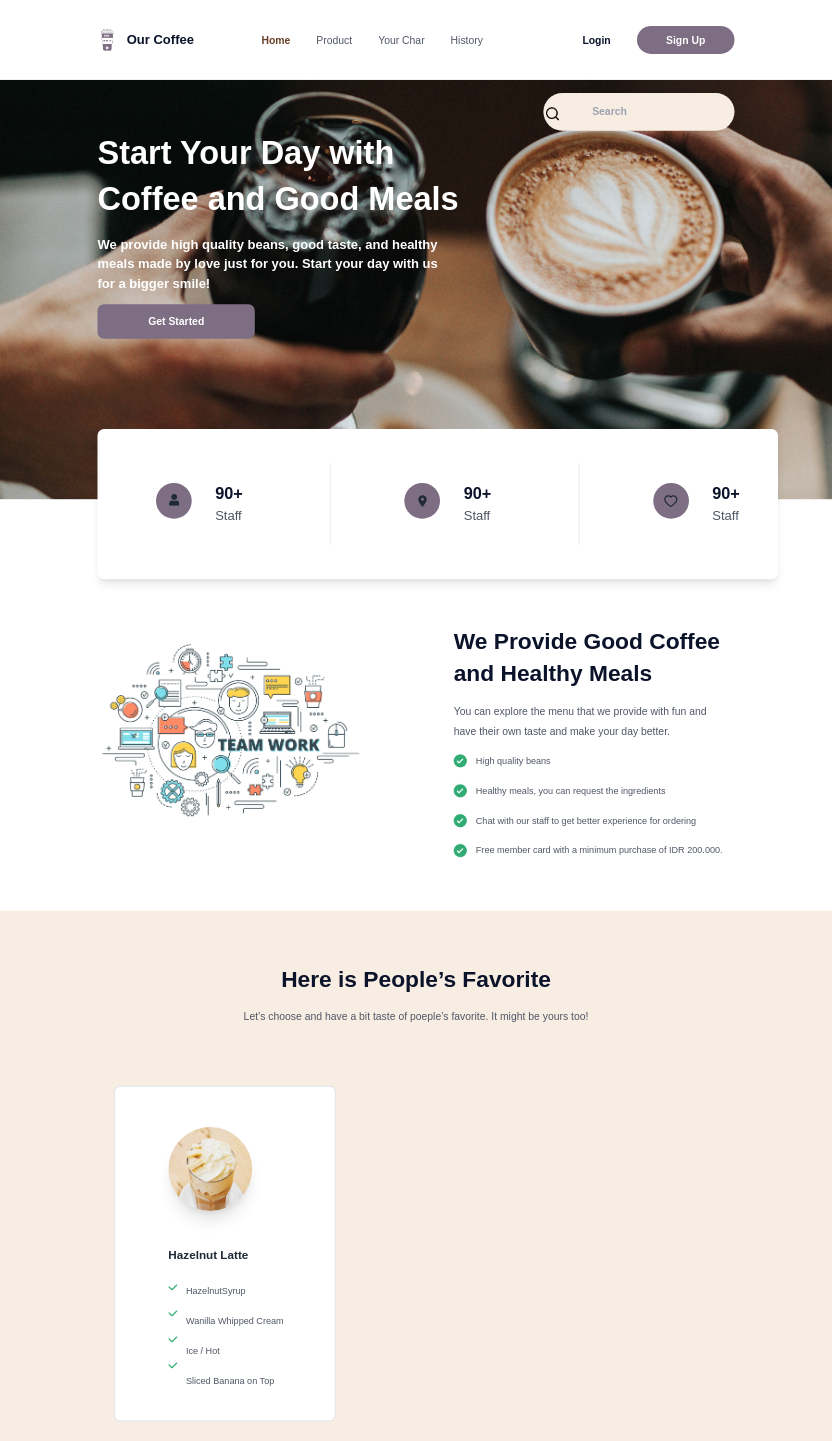
Repository: boykebn/fw12-collab2-FRONTEND
Page: / (app in our/)
These files come from the project's save history. The page is drawn as it stood at one moment and after a run of saves; the edit follows.
The browser window is 1280 px wide. The pictures show the whole page, at 65% of full size.
The project was rebuilt for these pictures with package versions that can differ from the ones it lists, and the page was loaded fresh each time. The framework's server and built-in components were replaced by stand-ins that run in the browser. Also part of the build but not shown: our/next.config.js.

Above is the page before, as saved 2022-12-30 23:11:19.

### our/pages/_app.js
import '../styles/globals.css'
import { Provider } from 'react-redux'
import {store} from '../redux/store'

export default function App({ Component, pageProps }) {
  return (
  <Provider store={store}>
    <Component {...pageProps} />
  </Provider>
  )
}

### our/pages/index.js
import React from "react";
import Image from "next/image";
import logo from "../assets/logoOurCoffee.png";
import Link from "next/link";
import search from "../assets/search.png";
import profileIcon from "../assets/profile-icon.png";
import { FaUser } from "react-icons/fa";
import { MdLocationOn } from "react-icons/md";
import { AiOutlineHeart } from "react-icons/ai";
import layer2 from "../assets/img-layer2.png";
import ceklis from "../assets/ceklis.png";
import food1 from "../assets/food1.png";
import food2 from "../assets/food2.png";
import food3 from "../assets/food3.png";
import ceklis2 from "../assets/ceklis2.png";

export default function Home() {
  return (
    <div className="font-rubik">
      <div className="px-[150px] py-[45px] flex items-center">
        <div className="flex flex-1 items-center">
          <Image src={logo} alt="logo" className="w-[30px] h-[33px] mr-[15px]" />
          <span className="text-[#0B132A] text-[20px] font-bold leading-[23px]">Our Coffee</span>
        </div>
        <div className=" text-[#4F5665] text-[16px] mr-[153px]">
          <span className="font-bold text-[#6A4029] mr-[40px]">Home</span>
          <span className="mr-[40px]">Product</span>
          <span className="mr-[40px]">Your Char</span>
          <span>History</span>
        </div>
        <div className="text-[16px] font-[600] leading-[19px]">
          <Link href="#" className="mr-[40px] text-[#0B132A]">
            Login
          </Link>
          <Link href="#" className="text-white border-1 bg-[#7d6e83] py-[13px] px-[45px] rounded-[50px]">
            Sign Up
          </Link>
        </div>
      </div>
      <div className="bg-[url('../assets/background-home.png')] h-[645px] ">
        <div className="px-[150px] flex">
          <div className="pt-[78px] mr-auto">
            <p className="text-white text-[50px] font-bold leading-[70px] w-[570px] mb-[20px]">Start Your Day with Coffee and Good Meals</p>
            <p className="text-white text-[20px] font-bold leading-[30px] w-[555px] mb-[32px]">We provide high quality beans, good taste, and healthy meals made by love just for you. Start your day with us for a bigger smile!</p>
            <Link href="#" className="text-white text-[16px] font-bold border-1 px-[78px] py-[18px] bg-[#7d6e83] rounded-[10px]">
              Get Started
            </Link>
          </div>
          <div className="pt-[20px]">
            <Image src={search} alt="search" className="absolute top-[165px] right-[420px]" />
            <input placeholder="Search" className="focus:outline-none bg-[#f8ede3] py-[17px] pl-[75px] font-[900] rounded-[30px]" />
          </div>
        </div>
      </div>
      <div className="pl-[90px] pr-[59px] py-[53px] border-1 bg-white absolute left-[150px] top-[660px] rounded-[10px] flex items-center shadow-lg mb-[103px]">
        <div className="flex">
          <div className="mr-[36px]">
            <FaUser className="w-[16px] h-[18px] absolute left-[110px] top-[100px]" />
            <div className="border-1 bg-[#7d6e83] w-[55px] h-[55px] rounded-[50%] \"></div>
          </div>
          <div className="mr-[134px]">
            <p className="text-[#0B132A] text-[25px] font-bold leading-[30px] mb-[5px]">90+</p>
            <p className="text-[#4F5665] text-[20px] leading-[30px]">Staff</p>
          </div>
        </div>
        <hr className="bg-[#EEEFF2] w-[2px] h-[125px] mr-[113px]" />
        <div className="flex">
          <div className="mr-[36px]">
            <MdLocationOn className="w-[22px] h-[26px] absolute left-[489px] top-[98px]" />
            <div className="border-1 bg-[#7d6e83] w-[55px] h-[55px] rounded-[50%] \"></div>
          </div>
          <div className="mr-[134px]">
            <p className="text-[#0B132A] text-[25px] font-bold leading-[30px] mb-[5px]">90+</p>
            <p className="text-[#4F5665] text-[20px] leading-[30px]">Staff</p>
          </div>
        </div>
        <hr className="bg-[#EEEFF2] w-[2px] h-[125px] mr-[113px]" />
        <div className="flex">
          <div className="mr-[36px]">
            <AiOutlineHeart className="w-[24px] h-[28px] absolute left-[870px] top-[97px]" />
            <div className="border-1 bg-[#7d6e83] w-[55px] h-[55px] rounded-[50%] \"></div>
          </div>
          <div className="">
            <p className="text-[#0B132A] text-[25px] font-bold leading-[30px] mb-[5px]">90+</p>
            <p className="text-[#4F5665] text-[20px] leading-[30px]">Staff</p>
          </div>
        </div>
      </div>
      <div className="pt-[193px] px-[150px] flex mb-[82px]">
        <div className="mr-[139px]">
          <Image src={layer2} alt="img-layer-2" />
        </div>
        <div>
          <div className="mb-[20px]">
            <p className="text-[#0B132A] text-[35px] font-bold leading-[50px] w-[432px] mb-[19px]">We Provide Good Coffee and Healthy Meals</p>
            <p className="text-[#4F5665] text-[16px] leading-[30px] w-[427px]">You can explore the menu that we provide with fun and have their own taste and make your day better.</p>
          </div>
          <div className="flex">
            <div className="mr-[13px]">
              <Image src={ceklis} alt="ceklis" className="mb-[25px]" />
              <Image src={ceklis} alt="ceklis" className="mb-[25px]" />
              <Image src={ceklis} alt="ceklis" className="mb-[25px]" />
              <Image src={ceklis} alt="ceklis" />
            </div>
            <div className="text-[#4F5665] text-[14px]">
              <p className="mb-[25px]">High quality beans</p>
              <p className="mb-[25px]">Healthy meals, you can request the ingredients</p>
              <p className="mb-[25px]">Chat with our staff to get better experience for ordering</p>
              <p>Free member card with a minimum purchase of IDR 200.000.</p>
            </div>
          </div>
        </div>
      </div>
      <div className="bg-[#f8ede3]">
        <div className="pt-[80px] text-center mb-[90px]">
          <p className="text-[#0B132A] text-[35px] leading-[50px] font-bold mb-[19px]">Here is People’s Favorite</p>
          <p className="text-[#4F5665] text-[16px] leading-[30px] ">Let’s choose and have a bit taste of poeple’s favorite. It might be yours too!</p>
        </div>
        <div className="px-[175px] flex">
          <div className="border-2 bg-white rounded-[10px] pt-[62px] pl-[82px] pr-[79px] pb-[50px] mb-[30px]">
            <div className="mb-[30px]">
              <Image src={food1} alt="food1" className="rounded-[50%] shadow-xl mb-[53px]" />
              <p className="text-[18px] leading-[30px] font-bold">Hazelnut Latte</p>
            </div>
            <div className="flex">
              <div className="mr-[13px]">
                <Image src={ceklis2} alt="ceklis2" className="mb-[30px]" />
                <Image src={ceklis2} alt="ceklis2" className="mb-[30px]" />
                <Image src={ceklis2} alt="ceklis2" className="mb-[30px]" />
                <Image src={ceklis2} alt="ceklis2" />
              </div>
              <div className="text-[#4F5665] text-[14px]">
                <p className="mb-[25px]">HazelnutSyrup</p>
                <p className="mb-[25px]">Wanilla Whipped Cream</p>
                <p className="mb-[25px]">Ice / Hot</p>
                <p>Sliced Banana on Top</p>
              </div>
            </div>
          </div>
        </div>
      </div>
    </div>
  );
}

### our/styles/globals.css
@tailwind base;
@tailwind components;
@tailwind utilities;

@import url("https://fonts.googleapis.com/css2?family=Rubik&display=swap");

### our/redux/store.js
import { configureStore } from '@reduxjs/toolkit';
import thunk from 'redux-thunk'
import reducer from './reducers';
import {persistStore} from 'redux-persist'

const store = configureStore({
    reducer,
    middleware: [thunk]
})

const persistor = persistStore(store)

export {store, persistor}

### our/redux/reducers/index.js
import {combineReducers} from '@reduxjs/toolkit';
import {persistReducer} from 'redux-persist'
import storage from 'redux-persist/lib/storage'
import auth from './auth'

const authConfig = {
    key: 'auth',
    storage
}

const reducer = combineReducers({
    auth: persistReducer(authConfig, auth),
})

export default reducer

### our/redux/reducers/auth.js
import {createSlice} from '@reduxjs/toolkit'

const initialState = {
    token: null
}

const authReducer = createSlice({
    name: 'auth',
    initialState,
    reducers: {
        logout: (state, action) => {
            return initialState
        }
    },
    extraReducers: (build) => {
    }
})

export const { logout } = authReducer.actions

export default authReducer.reducer

### our/tailwind.config.js
/** @type {import('tailwindcss').Config} */
module.exports = {
  content: ["./pages/**/*.{js,ts,jsx,tsx}", "./components/**/*.{js,ts,jsx,tsx}"],
  theme: {
    extend: {
      fontFamily: {
        rubik: ["Rubik", "sans-serif"],
      },
    },
  },
  plugins: [require("daisyui")],
};

After the next 2 saves:
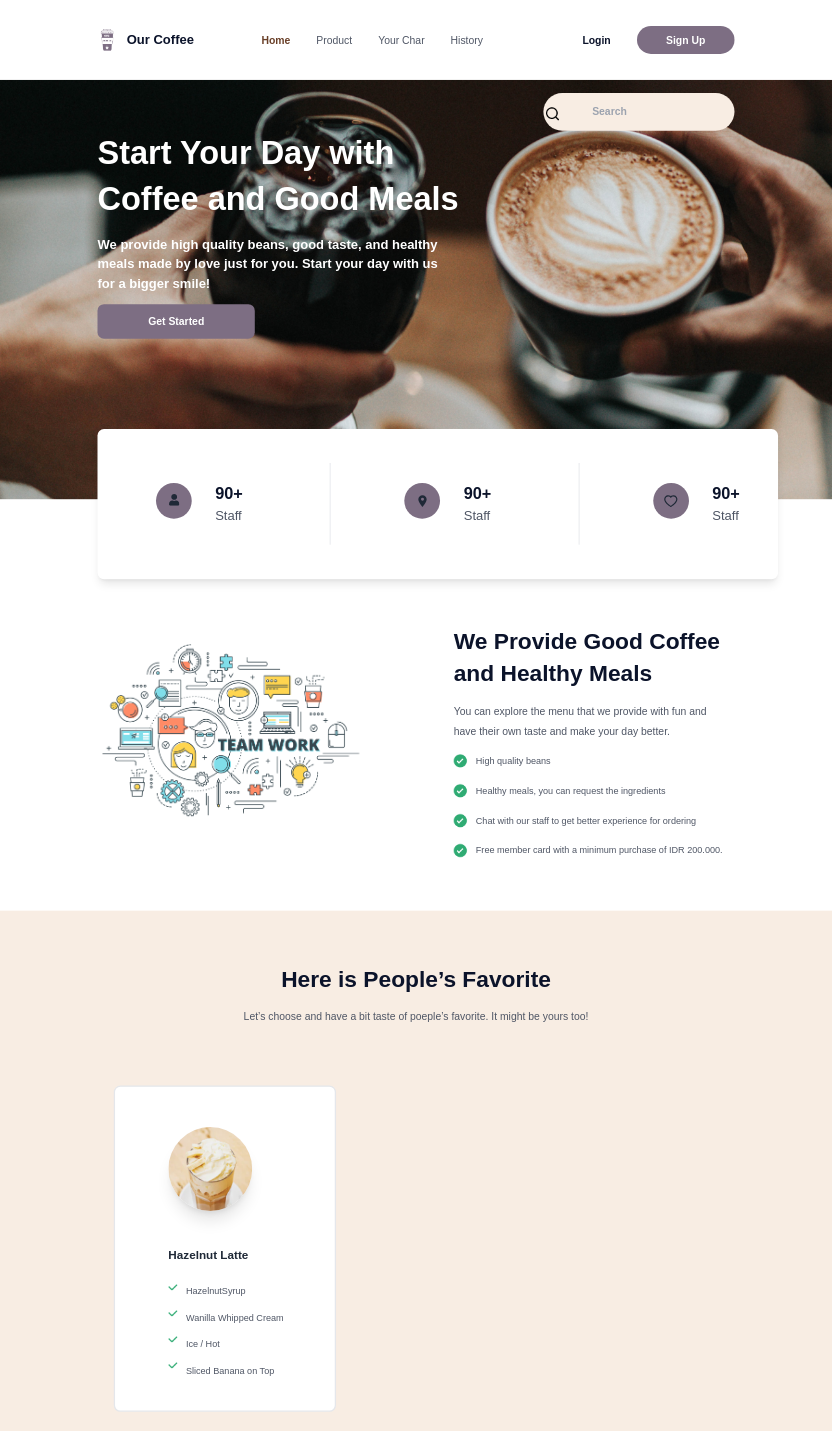
The 2 saves are shown as one change because they came seconds apart.
The last was saved 47 s later.
--- a/our/pages/index.js
+++ b/our/pages/index.js
@@ -130,9 +130,9 @@ export default function Home() {
                 <Image src={ceklis2} alt="ceklis2" />
               </div>
               <div className="text-[#4F5665] text-[14px]">
-                <p className="mb-[25px]">HazelnutSyrup</p>
-                <p className="mb-[25px]">Wanilla Whipped Cream</p>
-                <p className="mb-[25px]">Ice / Hot</p>
+                <p className="mb-[20px]">HazelnutSyrup</p>
+                <p className="mb-[20px]">Wanilla Whipped Cream</p>
+                <p className="mb-[20px]">Ice / Hot</p>
                 <p>Sliced Banana on Top</p>
               </div>
             </div>
